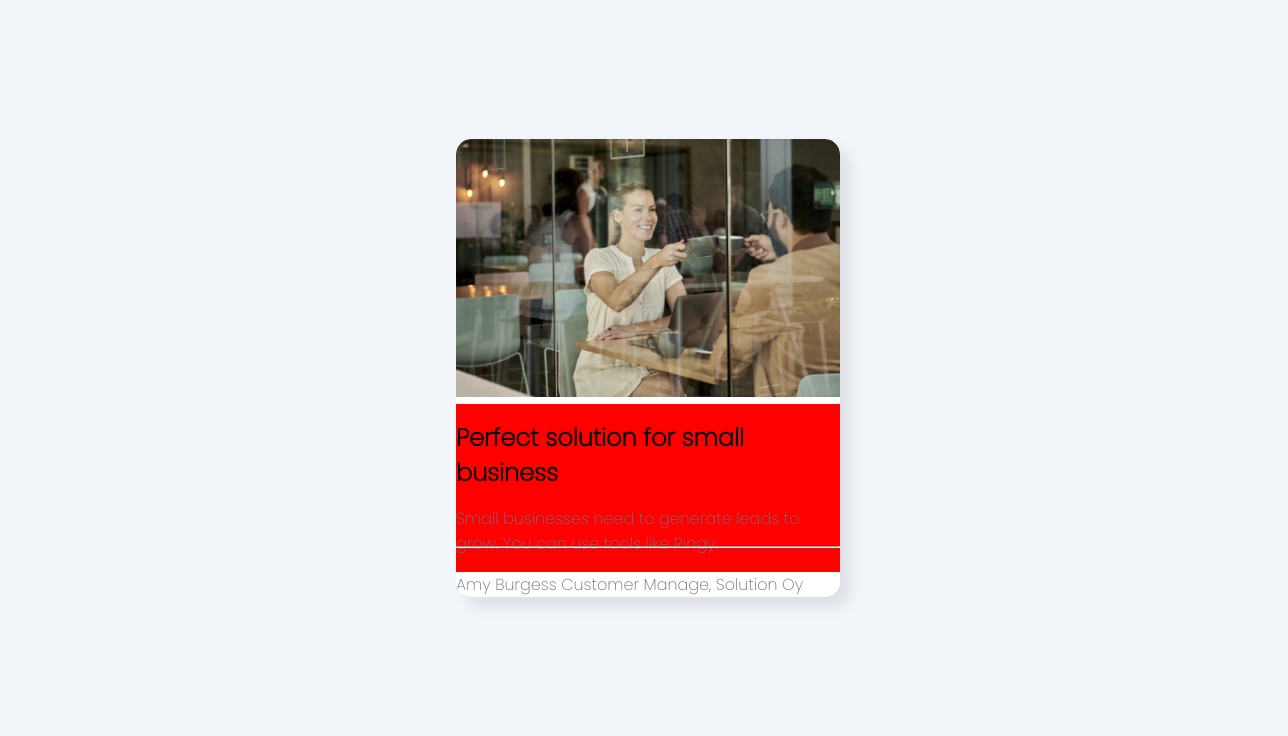
Repository: massndongo/business-blog-card
Page: index.html
These files come from the project's save history. The page is drawn as it stood at one moment and after the next save; the edit follows.
The browser window is 1280 px wide. The page is 1288 px wide, so the pictures cover 1288 px, including what lies to the right of the window. The pictures show the whole page.

Above is the page before, as saved 2023-11-08 04:59:49.

After the next save:
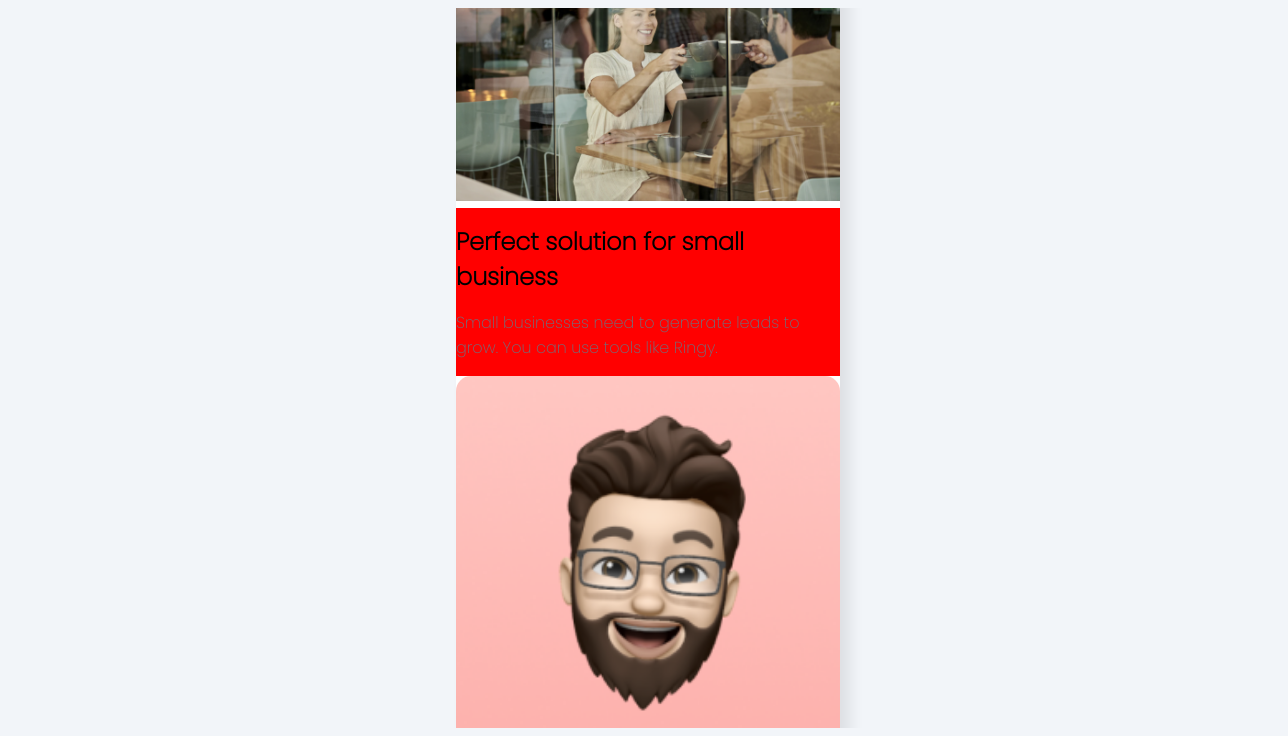
Saved 40 s later.
--- a/index.html
+++ b/index.html
@@ -16,7 +16,7 @@
         </div>
         <hr>
         <div class="card-footer">
-            <!-- <img src="images/avatar-image-business-card.png" alt="" srcset=""> -->
+            <img src="images/avatar-image-business-card.png" alt="" srcset="">
             <div>
                 <span>Amy Burgess</span>
                 <span>Customer Manage, Solution Oy</span>
